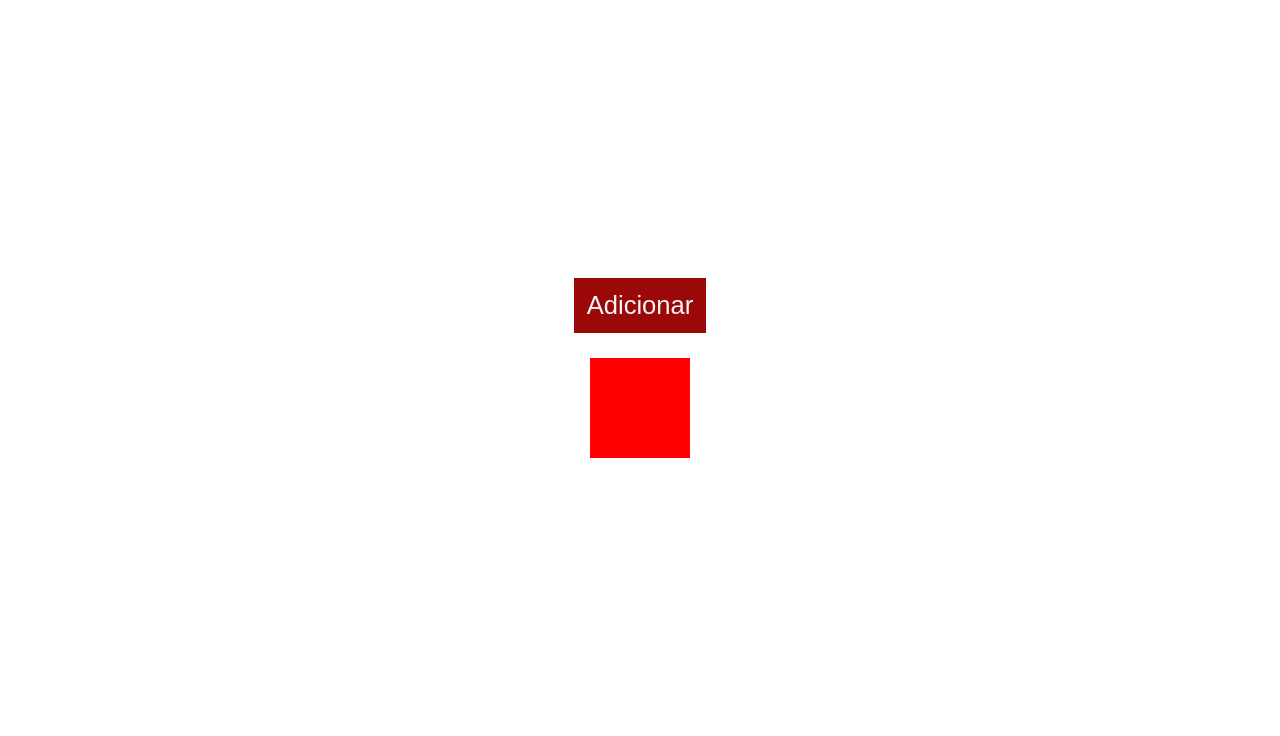
Repository: Orifiel/teste
Page: desafioMod2/desafioJavascript0201.html
These files come from the project's save history. The page is drawn as it stood at one moment and after the next save; the edit follows.
The browser window is 1280 px wide. The pictures show the whole page.

Above is the page before, as saved 2020-08-12 15:16:06.

After the next save:
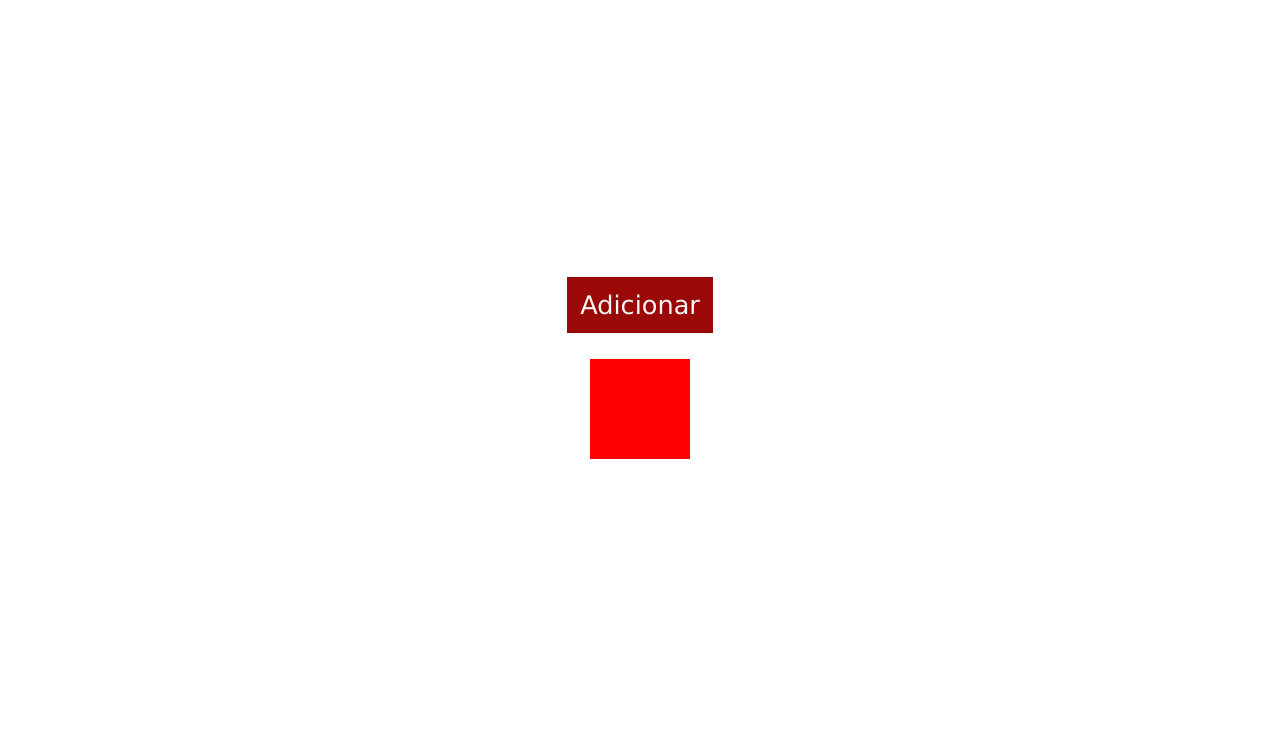
Saved 9 s later.
--- a/desafioMod2/desafioJavascript0201.html
+++ b/desafioMod2/desafioJavascript0201.html
@@ -30,6 +30,7 @@
             border: 0;
             background-color: rgb(155, 8, 8);
             color: whitesmoke;
+            font-family: verdana;
         }
 
         .container-squads {
